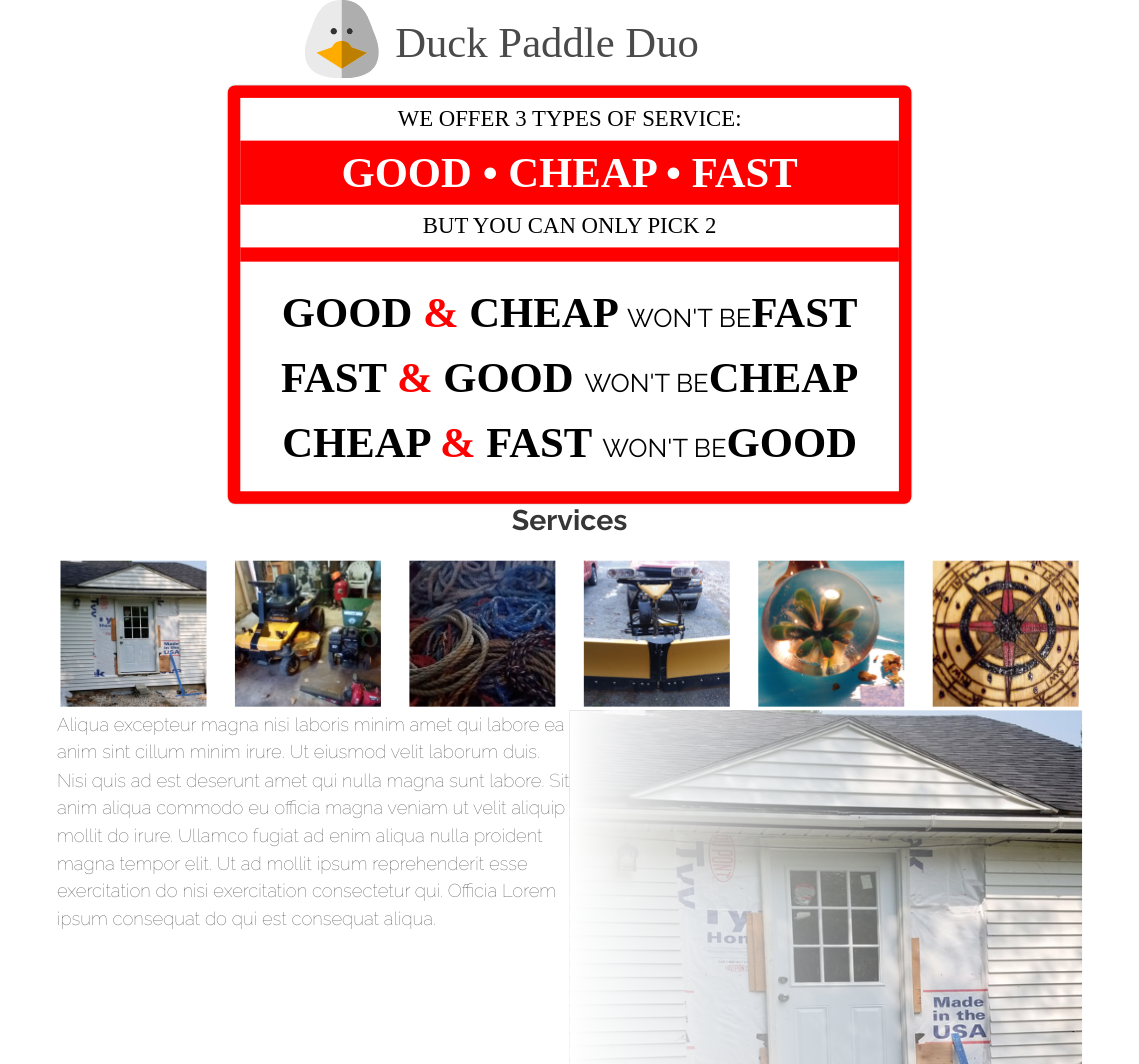
Repository: toddmcbrearty/duckpaddleduo
Page: /
An editor plug-in stored every save of this project. The page is shown before and after the next save, followed by the edit.
The browser window is 1280 px wide. The pictures show the whole page, at 89% of full size.
Some web fonts or font styles are not loaded; a fallback is used. The project was rebuilt for these pictures with package versions that can differ from the ones it lists, and the page was loaded fresh each time.

Above is the page before, as saved 2018-12-12 10:22:36.

### index.html
<!DOCTYPE html>
<html>
  <head>
    <meta charset="utf-8">
    <meta name="viewport" content="width=device-width,initial-scale=1.0">
    <title>duckpaddleduo</title>
  </head>
  <body>
    <div id="app"></div>
    <!-- built files will be auto injected -->
  </body>
</html>

### src/App.vue
<template>
  <div>
    <logo/>
    <call-board class="container"/>
    <services class="container"/>
    <hero-section class="container" section="construction"/>
  </div>
</template>

<script>
import CallBoard from "./components/CallBoard";
import Logo from "./components/Logo";
import Services from "./components/Services";
import HeroSection from "./components/HeroSection";

export default {
  name: "App",

  components: { CallBoard, Logo, Services, HeroSection }
};
</script>

<style lang="scss">
@import "./assets/scss/bootstrap.scss";

.hero-items {
  display: flex;
  flex-direction: column;
}
</style>

### src/router/index.js
import Vue from 'vue';
import Router from 'vue-router';
import Services from '@/components/Services';

Vue.use(Router);

export default new Router({
  routes: [
    {
      path: '/',
      name: 'Services',
      component: Services,
    },
  ],
});

### src/assets/scss/bootstrap.scss
@import './variables';
@import 'bulma/bulma.sass';
@import url('https://fonts.googleapis.com/css?family=Condiment|Delius+Unicase:400,700|Raleway:100,300,400,700|Source+Sans+Pro:300,400,700');

@mixin font-condiment {
  font-family: 'Condiment', cursive;
}

@mixin font-delius {
  font-family: 'Delius Unicase', cursive;
}

@mixin font-source-sans {
  font-family: 'Source Sans Pro', sans-serif;
}

@mixin raleway {
  font-family: 'raleway', sans-serif;
}

.raleway {
  @include raleway;
}

.font-condiment {
  @include font-condiment;
}

.font-delius {
  @include font-delius;
}

.font-source-sans {
  @include font-source-sans;
}

body {
  @include raleway;
  font-size: 300;
}

### src/assets/scss/_variables.scss
// SASS style sheet */
// Palette color codes */
// Palette URL: http://paletton.com/#uid=7000u0kwi++bu++hX++++rd++kX */

// Feel free to copy&paste color codes to your application */

// As hex codes */

$primary-0: #ff0000; // Main Primary color */
$color-primary-1: #ffa4a4;
$primary: #ff7070;
$color-primary-3: #d90000;
$color-primary-4: #a70000;

$warning: #ff7400; // Main Secondary color (1) */
$color-secondary-1-1: #ffcda4;
$color-secondary-1-2: #ffb170;
$color-secondary-1-3: #d96200;
$color-secondary-1-4: #a74c00;

$link: #00ffff; // Main Secondary color (2) */
$color-secondary-2-1: #a4ffff;
$color-secondary-2-2: #70ffff;
$color-secondary-2-3: #008282;
$color-secondary-2-4: #006464;

$success: #00ff00; // Main Complement color */
$color-complement-1: #a4ffa4;
$color-complement-2: #70ff70;
$color-complement-3: #00ad00;
$color-complement-4: #008500;

// As RGBa codes */

$rgba-primary-0: rgba(255, 0, 0, 1); // Main Primary color */
$rgba-primary-1: rgba(255, 164, 164, 1);
$rgba-primary-2: rgba(255, 112, 112, 1);
$rgba-primary-3: rgba(217, 0, 0, 1);
$rgba-primary-4: rgba(167, 0, 0, 1);

$rgba-secondary-1-0: rgba(255, 116, 0, 1); // Main Secondary color (1) */
$rgba-secondary-1-1: rgba(255, 205, 164, 1);
$rgba-secondary-1-2: rgba(255, 177, 112, 1);
$rgba-secondary-1-3: rgba(217, 98, 0, 1);
$rgba-secondary-1-4: rgba(167, 76, 0, 1);

$rgba-secondary-2-0: rgba(0, 255, 255, 1); // Main Secondary color (2) */
$rgba-secondary-2-1: rgba(164, 255, 255, 1);
$rgba-secondary-2-2: rgba(112, 255, 255, 1);
$rgba-secondary-2-3: rgba(0, 130, 130, 1);
$rgba-secondary-2-4: rgba(0, 100, 100, 1);

$rgba-complement-0: rgba(0, 255, 0, 1); // Main Complement color */
$rgba-complement-1: rgba(164, 255, 164, 1);
$rgba-complement-2: rgba(112, 255, 112, 1);
$rgba-complement-3: rgba(0, 173, 0, 1);
$rgba-complement-4: rgba(0, 133, 0, 1);

// Generated by Paletton.com © 2002-2014 */
// http://paletton.com */

### src/components/CallBoard.vue
<template>
  <div class="call-board is-flex" :class="pos">
    <div class="board">
      <div class="content">
        <div class="top has-text-centered">
          <div class="call-title">We offer 3 types of service:</div>
          <div class="g-c-f font-delius">GOOD • CHEAP • FAST</div>
          <div class="call-title">But you can only pick 2</div>
        </div>
        <div class="call-tag">
          <div class="has-text-centered">
            <span class="call">
              Good
              <span class="amper"></span> Cheap
            </span>
            <span class="to">won't be</span>
            <span class="action">Fast</span>
          </div>
          <div class="has-text-centered">
            <span class="call">
              Fast
              <span class="amper"></span> Good
            </span>
            <span class="to">won't be</span>
            <span class="action">Cheap</span>
          </div>
          <div class="has-text-centered">
            <span class="call">
              Cheap
              <span class="amper"></span> Fast
            </span>
            <span class="to">won't be</span>
            <span class="action">Good</span>
          </div>
        </div>
      </div>
    </div>
  </div>
</template>

<script>
export default {
  name: "CallBoard",

  props: {
    position: {
      default: "centered"
    }
  },

  data() {
    return {
      pos: ""
    };
  },

  created() {
    this.pos = this.position;
  }
};
</script>

<style lang="scss" >
@import "../assets/scss/bootstrap.scss";

.call-board {
  justify-content: flex-start;

  &.right {
    justify-content: flex-end !important;
  }
  &.centered {
    justify-content: center !important;
  }
  color: black;

  .board {
    box-shadow: 0 0 2px rgb(160, 160, 160);
    border-radius: 8px;
    width: 16em;
    background: red;
    border-radius: 8px;
    padding: 0.3em;
    text-transform: uppercase;
    font-size: 3em;
    border: 3px white;

    .call-title {
      @include font-delius;
      font-size: 1.6rem;
      padding: 0.3rem 0;
    }

    .call-tag {
      padding: 1.2rem 0;
      border-top: 1rem solid red;
    }

    .content {
      background: white;
    }

    .g-c-f {
      font-weight: 700;
      background: red;
      color: white;
    }

    .call,
    .action {
      @include font-delius;
      font-weight: 700;
    }

    .to {
      font-size: 0.6em;
    }

    .amper {
      &::after {
        content: "&";
        color: red;
      }
    }
  }
}
</style>

### src/components/Logo.vue
<template>
  <div class="logo is-flex" :class="pos">
    <span class="title-container is-flex">
      <figure class="logo-image">
        <img src="../assets/images/duck-head.svg" class="logo-image">
      </figure>
      <span class="logo-title">Duck Paddle Duo</span>
    </span>
  </div>
</template>

<script>
export default {
  name: "Logo",

  props: {
    position: {
      default: "centered"
    }
  },

  data() {
    return {
      pos: ""
    };
  },

  created() {
    this.pos = this.position;
  }
};
</script>

<style lang="scss" scoped>
@import "../assets/scss/bootstrap.scss";

.logo {
  justify-content: flex-start;

  &.right {
    justify-content: flex-end !important;
  }
  &.centered {
    justify-content: center !important;
  }
  .title-container {
    flex: 0 0 600px;
    $img-size: 6em;
    $gap: 0.5em;
    align-content: center;

    .logo-image {
      margin-right: $gap;
    }

    .logo-title {
      align-content: center;

      @include font-delius;
      font-size: 3rem;
      letter-spacing: normal;
      margin-bottom: 0;
      padding-bottom: 0;
    }

    figure {
      width: $img-size;
      height: $img-size;
    }
  }
}
</style>

### src/components/Services.vue
<template>
  <section class="is-flex service-container">
    <div class="title has-text-centered">Services</div>
    <div class="columns services">
      <div class="is-2 service" v-for="service in services" :key="service.name">
        <figure class="image is-square">
          <figcaption v-text="service.name"></figcaption>
          <img class :src="`../../static/images/services/${service.image}`">
        </figure>
      </div>
    </div>
  </section>
</template>

<script>
import store from "../store.js";

export default {
  name: "Services",

  data() {
    return {
      services: store.services
    };
  }
};
</script>

<style lang="scss">
@import "../assets/scss/bootstrap.scss";
.service-container {
  flex-direction: column;

  .title {
    text-transform: capitalize;
  }

  .services {
    justify-content: center;

    .service {
      $image-size: 164px;

      padding: 1em;

      .image {
        width: $image-size;
        height: $image-size;

        figcaption {
          text-align: center;
          text-transform: capitalize;
          padding: 0.3em 0;
        }
      }
    }
  }
}
</style>

### src/components/HeroSection.vue
<template>
  <div class="hero-section is-flex" :class="{'reversed': isReversed}">
    <div class="text" v-html="getText"></div>
    <div class="image-container">
      <div class="image-overlay"></div>
      <figure class="image">
        <img :src="getImage">
      </figure>
    </div>
  </div>
</template>

<script>
import store from "../store.js";

export default {
  name: "HeroSection",

  props: ["section", "reversed"],

  data() {
    return {
      services: store.services,
      isReversed: false
    };
  },

  computed: {
    getText() {
      const service = this.services.filter(
        service => service.name === this.section
      );

      return service[0].description;
    },
    getImage() {
      const service = this.services.filter(
        service => service.name === this.section
      );

      return `../../static/images/services/${service[0].image}`;
    }
  }
};
</script>

<style lang="scss" scoped>
.hero-section {
  height: 400px;

  .text {
    background: white;
    flex: 0 0 50%;
    font-size: 1.3rem;
    font-weight: 100;
  }

  .image-container {
    position: relative;

    .image-overlay {
      position: absolute;
      left: 0;
      top: 0;
      width: 100%;
      height: 100%;
      background-image: linear-gradient(to left, transparent, white);
      z-index: 2;
    }

    .image {
      z-index: 1;
      flex: 0 0 50%;
      width: 100%;
      height: 100%;
      overflow: hidden;

      $angle: -10deg;

      img {
        width: 100%;
        height: auto;
      }
    }
  }
}
.reversed {
  flex-direction: row-reverse;
}
</style>

### src/store.js
const store = {
  company: {
    logo: 'duck-head.svg',
    tag: 'We can do anything!',
    name: 'Duck Puddle Duo',
    abbr: 'DPD',
    address: '52 Duck Puddle RD',
    city: 'Nobleboro',
    state: 'ME',
    postalcode: '04555',
    phoneNumbers: ['207 624 1147', '207 624 1847'],
    email: {
      primary: 'duckpuddleduo@gmail.com',
    },
  },
  services: [
    {
      name: 'construction',
      image: 'construction.jpg',
      description:
        'Aliqua excepteur magna nisi laboris minim amet qui labore ea anim sint cillum minim irure. Ut eiusmod velit laborum duis. Nisi quis ad est deserunt amet qui nulla magna sunt labore. Sit anim aliqua commodo eu officia magna veniam ut velit aliquip mollit do irure. Ullamco fugiat ad enim aliqua nulla proident magna tempor elit. Ut ad mollit ipsum reprehenderit esse exercitation do nisi exercitation consectetur qui. Officia Lorem ipsum consequat do qui est consequat aliqua.',
      breakdown: [
        'Custom Carpentry',
        'Masonry',
        'Roofing',
        'Decks',
        'Remodeling',
        'Plumbing',
        'Honey-do list',
      ],
    },
    {
      name: 'mechanical',
      image: 'mechanical.jpg',
      description:
        'Nulla ea aliqua ea id dolor dolor Lorem. Consectetur ullamco aliqua excepteur in pariatur id pariatur eu. Sunt elit id minim ad incididunt consectetur excepteur aute minim Lorem proident. Voluptate eu ex aliquip eiusmod dolor laborum amet laborum enim anim aliqua nulla magna.',
      breakdown: [
        'Service and repair of snowblowers',
        'generators',
        'log splitters',
        'weed wackers',
        'lawnmowers',
        'tractors',
        'heavy equipment and more. We also offer fabrication welding',
      ],
    },
    {
      name: 'rope/sewing',
      image: 'rope.jpg',
      description:
        'Dolor qui officia culpa magna consequat veniam duis culpa labore magna aliqua do tempor non. Esse commodo pariatur sunt reprehenderit ipsum non. Irure non mollit proident nulla tempor fugiat velit culpa.',
      breakdown: ['Custom Fyke nets', 'lobster rope doormats'],
    },
    {
      name: 'property management',
      image: 'property-management.jpg',
      description:
        'Pariatur aliquip do aliquip reprehenderit consequat proident elit in. Laboris commodo elit consectetur culpa esse enim ea non fugiat id eu aute ipsum commodo. Proident laboris incididunt veniam adipisicing duis ex.',
    },
    {
      name: 'glass',
      image: 'glass.jpg',
      description:
        'Nulla ullamco eiusmod cupidatat dolor ex ea. Consequat pariatur laborum velit nulla ad et sunt nulla aliquip. In officia qui culpa enim reprehenderit et ipsum excepteur minim sint sint. Tempor exercitation do dolore aliqua qui anim laborum magna.',
      breakdown: [
        'Lampwork-handmade beads',
        'pendants',
        'wine stoppers',
        'ornaments',
        'cremation pendants',
        'window hangers and more. If you can dream it',
        'we can make it… Stained Glass- custom designs made to order',
      ],
    },
    {
      name: 'woodburning',
      image: 'wood-burning.jpg',
      description:
        'Ex minim adipisicing laborum culpa est. Lorem irure qui velit officia laboris. Esse eiusmod tempor amet anim proident.',
      breakdown: ['Custom signs made to order in any shape or size.'],
    },
  ],

  employees: {
    owners: ['Lawrence Friend Jr.', 'Emerald Friend'],
  },
};

export default store;

Loaded but not shown: src/main.js (common file)

After the next save:
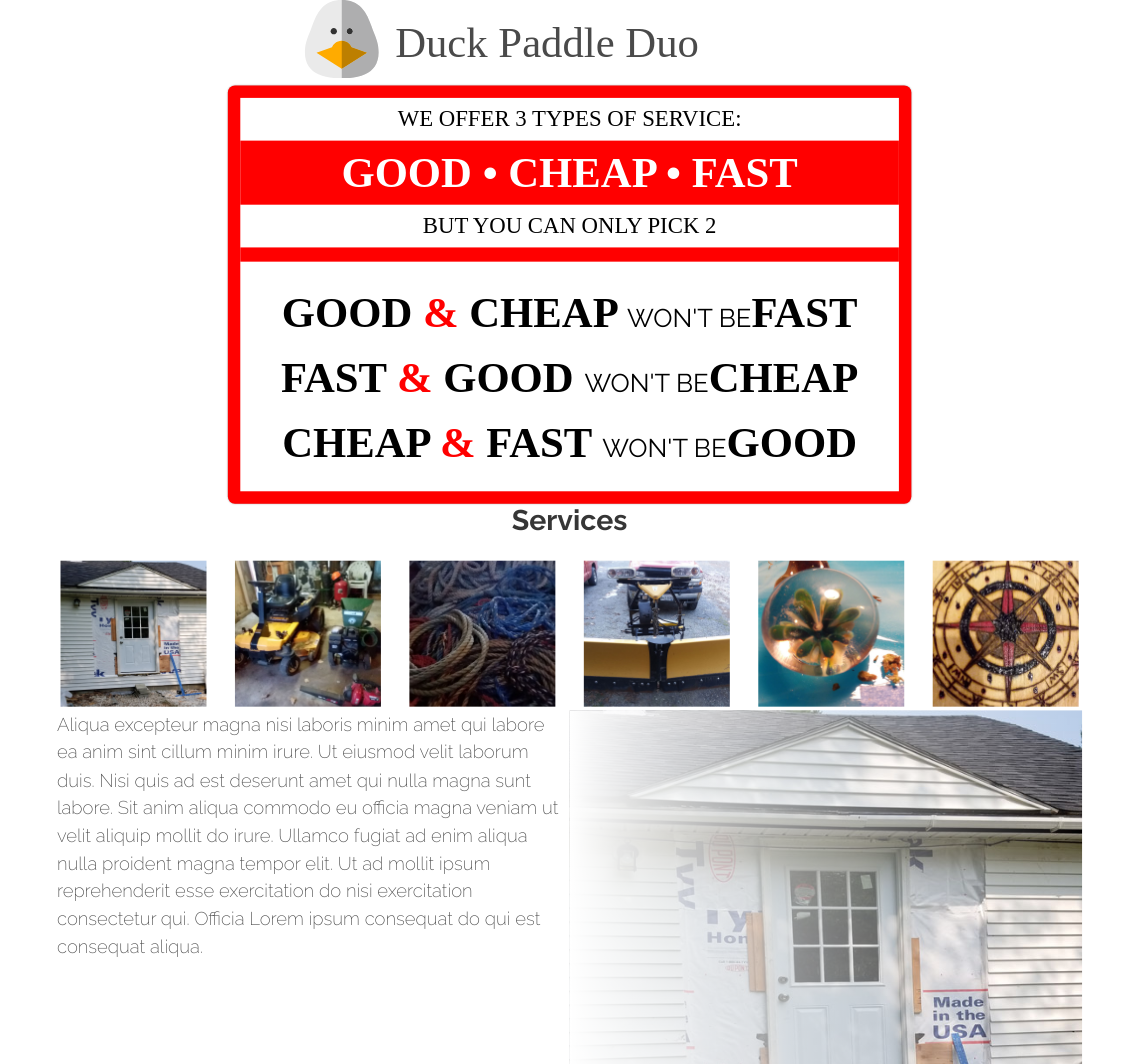
Saved 40 s later.
--- a/src/assets/scss/bootstrap.scss
+++ b/src/assets/scss/bootstrap.scss
@@ -1,6 +1,6 @@
 @import './variables';
 @import 'bulma/bulma.sass';
-@import url('https://fonts.googleapis.com/css?family=Condiment|Delius+Unicase:400,700|Raleway:100,300,400,700|Source+Sans+Pro:300,400,700');
+@import url('https://fonts.googleapis.com/css?family=Condiment|Delius+Unicase:400,700|Raleway:200,300,400,700|Source+Sans+Pro:300,400,700');
 
 @mixin font-condiment {
   font-family: 'Condiment', cursive;
